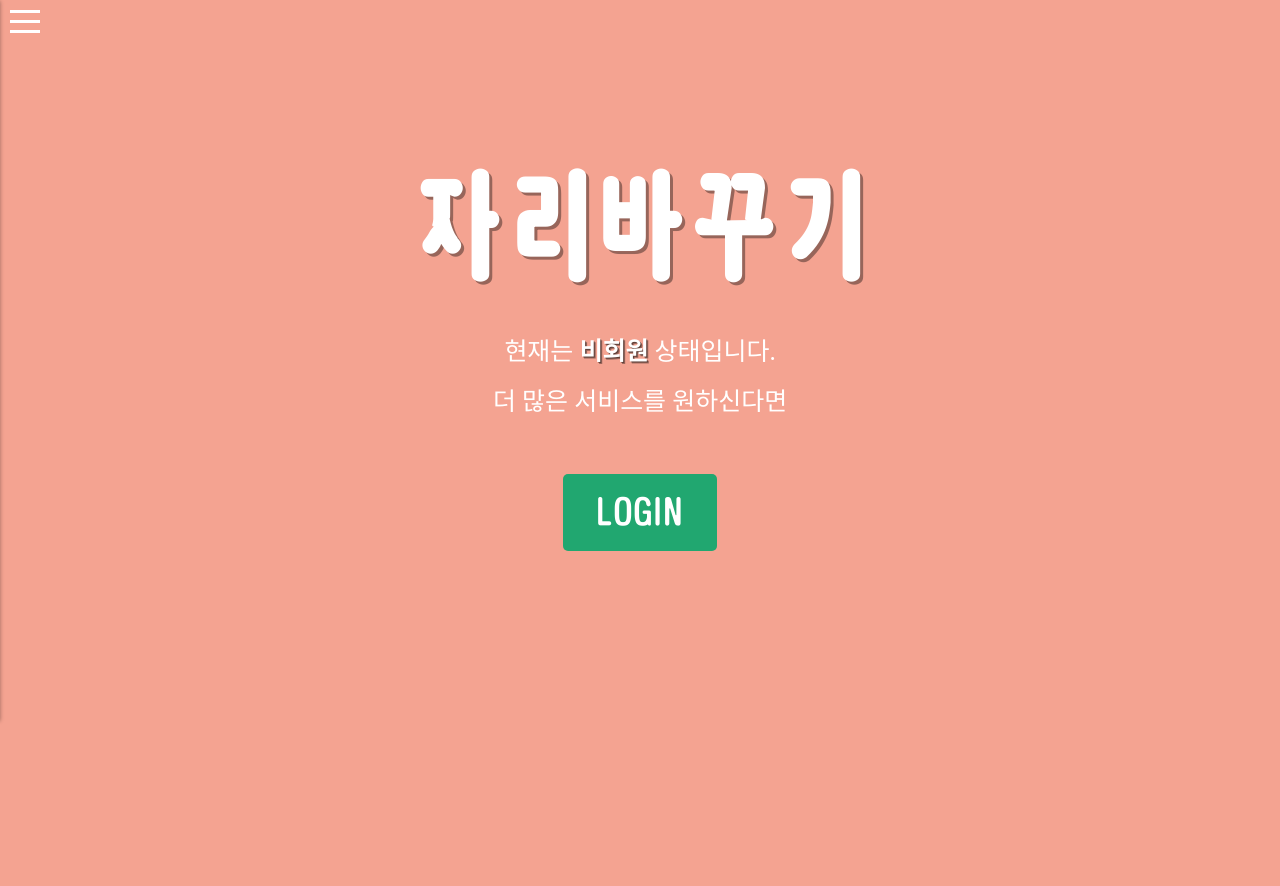
Repository: se-yoo/ChangeSeat
Page: http://localhost/ChangeSeat/main.jsp
These files come from the project's save history. The page is drawn as it stood at one moment and after the next save; the edit follows.
The browser window is 1280 px wide. The pictures show the whole page.
Some web fonts or font styles are not loaded; a fallback is used. Some web libraries are served in a nearby version. The page is served by Tomcat 9.

Above is the page before, as saved 2018-06-25 09:22:34.

### ChangeSeat/WebContent/main.jsp
<%@ page language="java" contentType="text/html; charset=UTF-8"
    pageEncoding="UTF-8"%>
<jsp:forward page="templateTest.jsp">
	<jsp:param name="CONTENTPAGE" value="changeIndex.jsp"/>
</jsp:forward>

### ChangeSeat/WebContent/templateTest.jsp
<%@ page language="java" contentType="text/html; charset=UTF-8"
    pageEncoding="UTF-8"%>
<!DOCTYPE html>
<html>
<head>
<meta charset="UTF-8">
<title>자리바꾸기</title>
<meta name="viewport" content="width=device-width, initial-scale=1">
 <title>Side Menu</title>
 <link rel="stylesheet" href="templateStyle.css">
 <link href='https://fonts.googleapis.com/css?family=Pacifico' rel='stylesheet' type='text/css'>
 <script src="//ajax.googleapis.com/ajax/libs/jquery/1.6.1/jquery.min.js" type="text/javascript"></script>
 <script>
$(document).ready(function(){
  /*
  $(".first").mouseover(function(){
    $(".second").css("background-color", '#6b81d5');
    $(".first").css("background-color", '#D56B81');

  });
  $(".second").mouseover(function(){
    $(".second").css("background-color", '#8a6bd5');
    $(".first").css("background-color", '#6bd5bf');

  });
  */
  $(".wrap").click(function(){
    $(".top").toggleClass("addedtop");
    $(".mid").toggleClass("addedmid");
    $(".bot").toggleClass("addedbot");
$(".side").toggleClass("triggered");
    $(".sidebtn").toggleClass("sideopacity");


  });

}); //final
</script>
</head>
<body>
<%
	String contentpage=request.getParameter("CONTENTPAGE");
%>
  <div class="wrap">
<span class="line top"></span>
  <span class="line mid"></span>
  <span class="line bot"></span>
  </div>
  <div class="side">
    <a href="main.jsp" class="sidebtn">홈</a>
    <a href="#" class="sidebtn">자리바꾸기</a>
    <a href="#" class="sidebtn">조편성</a>
    <a href="#" class="sidebtn">정보관리</a>
  </div>
  <jsp:include page="<%= contentpage %>"></jsp:include>
</body>
</html>

### ChangeSeat/WebContent/changeIndex.jsp
<%@ page language="java" contentType="text/html; charset=UTF-8"
    pageEncoding="UTF-8"%>
<!DOCTYPE html>
<html>
<head>
<meta content="text/html; charset=UTF-8">
<title></title>
 <link rel="stylesheet" href="changeIndexStyle.css">
</head>
<body>
	<h1 class="header">
    	자리바꾸기
  	</h1>
  	<%
  		String id = (String)session.getAttribute("id");
  		if(id==null){
  	%>
  	<div id="logout">
  		<p>현재는 <span>비회원</span> 상태입니다.<br>더 많은 서비스를 원하신다면</p><br>
  		<button>LOGIN</button>
  	</div>
  		<%}else{%>
  	<div id="login">
  		<p><span><%= id %></span>님의 학급의 자리를 변경해보세요!</p><br>
  		<button>CHANGE</button>
  	</div>
  	<%}
  	%>
</body>
</html>

### ChangeSeat/WebContent/templateStyle.css
@CHARSET "UTF-8";
@font-face{
	font-family:yangFont;
	src:url('yangfont05.ttf') format('truetype');
}
@font-face{
	font-family:Nanum;
	src:url('NanumBarunGothicLight.ttf') format('truetype');
}
body {
  background-color:#f4a391;
  margin: 0;
  padding: 0;
  font-family:Nanum;
}
html,body {
 height:100%;
}
.line {
 display: block;
  height:3px;
  width:30px;
  background-color:white;
  margin-top:5px;
  position: absolute;
  top:0;

  transition: all .4s ease-in-out;
}
.wrap {
 height:80px;
  position: relative;
  top:5px;
  left:10px;
  width: 30px;
  z-index: +150;
  cursor: pointer;
  height:30px;
  position: fixed;
}

.mid {
 top:10px;
}
.bot {
top:20px;
}

.addedmid {
  transform: rotate(135deg);
}
.addedtop {
  transform: rotate(45deg);
  top:10px;
}
.addedbot {
 opacity: 0;
}
.side {
	font-family: yangFont;
	width:20%;
  	position: fixed;
  	height:100%;
  	text-align: center;
  	left:-20%;
  	z-index: 80;
  	box-shadow: 0 1px 4px 0 rgba(0,0,0,0.37);
  	top:0;
  	background-color: #21a770;
  	transition: all .5s ease-in-out;
}
.sidebtn {
 text-decoration: none;
  display: block;
  color:white;
  font-size:35px;
  opacity:0;
  width:50%;
  position: relative;
  left:25%;
  top:25%;
  white-space: nowrap;
  line-height:100px;
  transition:all .25s ease-in-out;

}
.sideopacity  {
 opacity: 1;
  transition: all 1s ease-in-out;
}
.sidebtn:hover {
  text-shadow: 2px 2px rgba(0, 0, 0, 0.38);
}
.triggered {
 left:0;
}
.sidebtn::after {
 content: '';
  position: absolute;
  bottom:0;
  left:50%;
  width:0%;
  height:5px;
  background-color: white;
  transition: all .3s ease-out;
}
.sidebtn:hover::after {
 width: 100%;
  left:0;
  box-shadow: 2px 2px rgba(0, 0, 0, 0.38);
}

### ChangeSeat/WebContent/changeIndexStyle.css
@CHARSET "UTF-8";
@font-face{
	font-family:yangFont;
	src:url('yangfont05.ttf') format('truetype');
}
@font-face{
	font-family:Nanum;
	src:url('NanumBarunGothicLight.ttf') format('truetype');
}
body{
	text-align:center;
	font-size:1.2em;
}
#logout{
	font-family:Nanum;
}
#login{
	font-family:Nanum;
}
p{
	font-size:1.3em;
	line-height:2em;
	color:white;
}
span{
	font-weight:bold;
  	text-shadow: 1px 1px rgba(0, 0, 0, 0.38),2px 2px rgba(0, 0, 0, 0.38);
}
button{
	width:12%;
	height:2em;
	background-color:#21a770;
	color:white;
	font-family:yangFont;
	font-size:2em;
	border:0px;
	border-radius:5px;
}
button:hover{
	background-color:white;
	color:#21a770;
	box-shadow: 2px 2px 15px gray;
}
.header {
  font-family: yangFont;
  color:white;
  font-size:7em;
  margin-top:13%;
  margin-bottom:2%;
  text-align:center;
  cursor: default;
  transition: all .4s ease-in-out;
  text-shadow: 3px 3px rgba(0, 0, 0, 0.38);
}

After the next save:
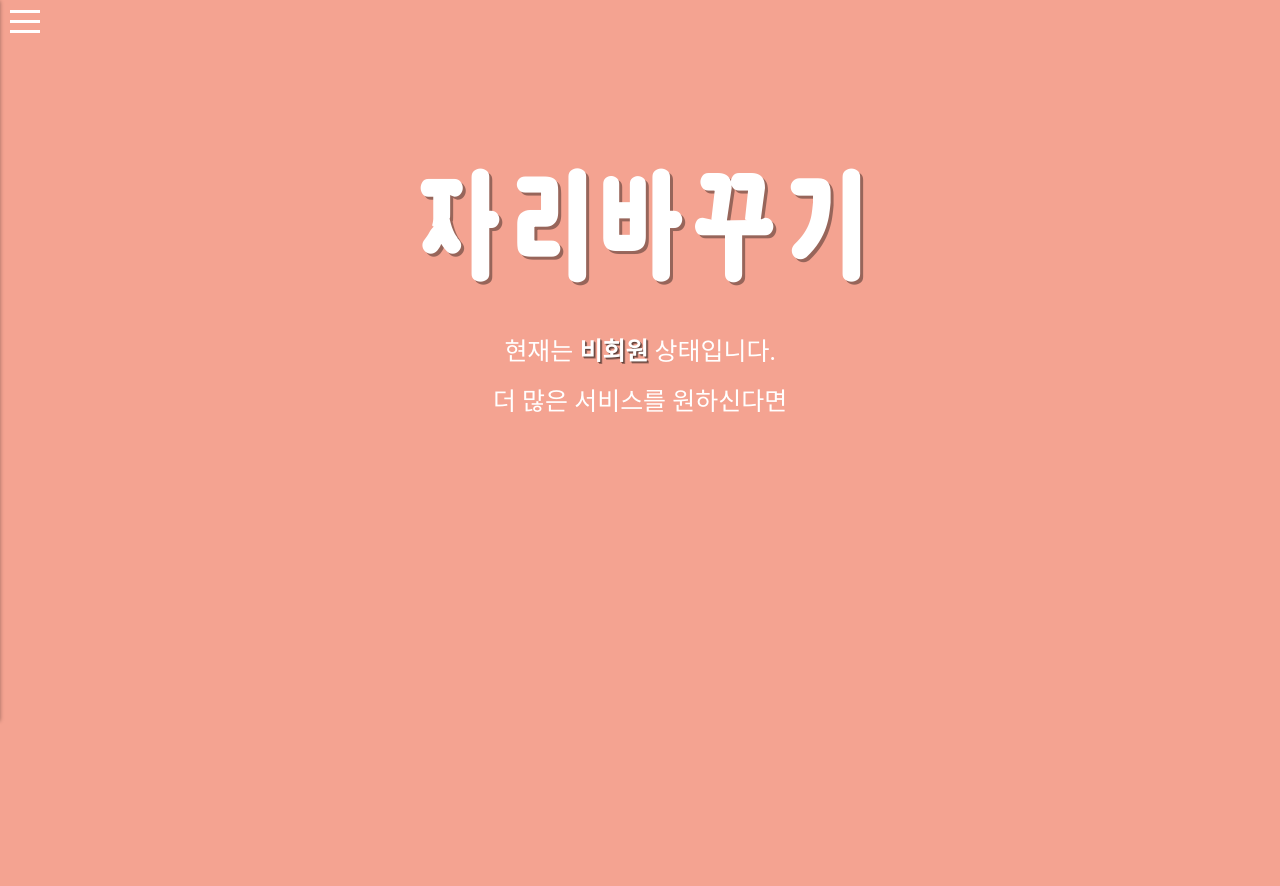
Saved 30 s later.
--- a/ChangeSeat/WebContent/changeIndex.jsp
+++ b/ChangeSeat/WebContent/changeIndex.jsp
@@ -17,7 +17,7 @@
   	%>
   	<div id="logout">
   		<p>현재는 <span>비회원</span> 상태입니다.<br>더 많은 서비스를 원하신다면</p><br>
-  		<button>LOGIN</button>
+  		<a href="login.jsp><button>LOGIN</button></a>
   	</div>
   		<%}else{%>
   	<div id="login">

After the save that followed:
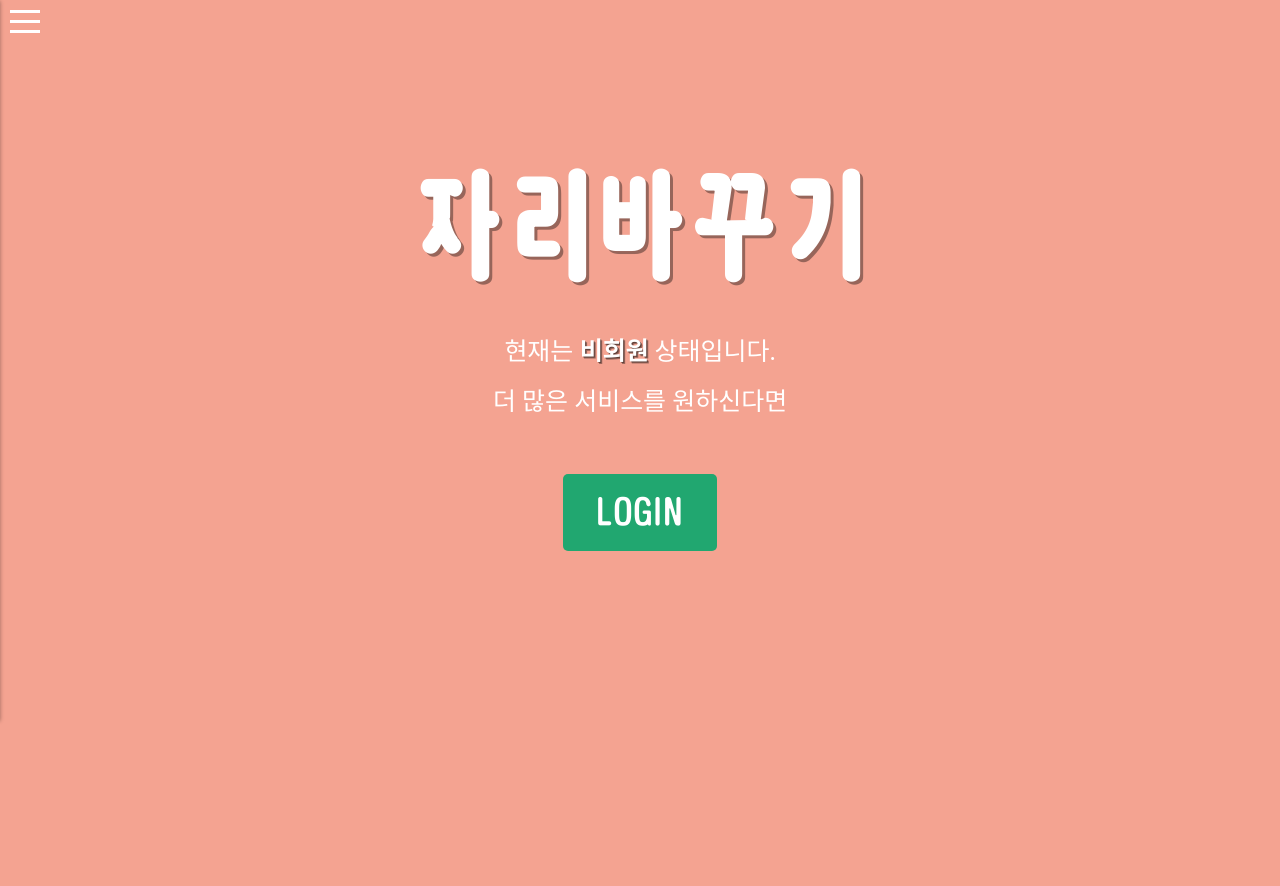
Saved 4 s later.
--- a/ChangeSeat/WebContent/changeIndex.jsp
+++ b/ChangeSeat/WebContent/changeIndex.jsp
@@ -17,7 +17,7 @@
   	%>
   	<div id="logout">
   		<p>현재는 <span>비회원</span> 상태입니다.<br>더 많은 서비스를 원하신다면</p><br>
-  		<a href="login.jsp><button>LOGIN</button></a>
+  		<a href="login.jsp"><button>LOGIN</button></a>
   	</div>
   		<%}else{%>
   	<div id="login">
